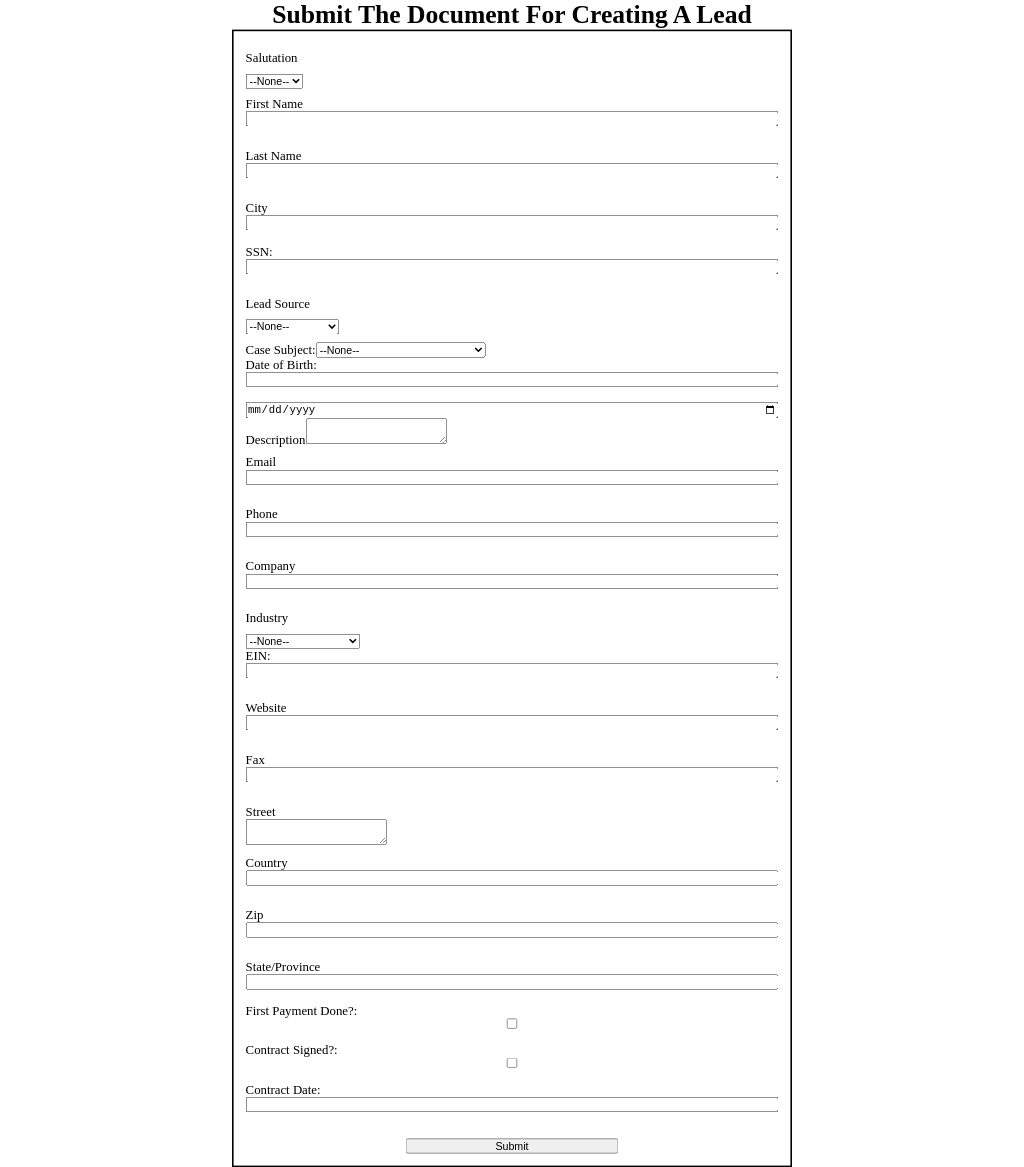
Repository: yaseminvural99/changeForce
Page: index.html
The author's editor kept a copy of each file at every save. The page is drawn from the files as they stood at one save, then again after a run of saves.
The browser window is 1280 px wide. The pictures show the whole page, at 80% of full size.

Above is the page before, as saved 2024-04-26 22:00:46.

### index.html
<!DOCTYPE html>
<html lang="en">
<head>
    <meta charset="UTF-8">
    <meta name="'viewport" content="width=device-width, initial-scale=1.0">
    <title>Document</title>
    <link rel="stylesheet" href="style.css">
    <script>

    </script>
</head>
<body>
    <h1>Submit The Document For Creating A Lead</h1>

<META HTTP-EQUIV="Content-type" CONTENT="text/html; charset=UTF-8">


    <form action="https://test.salesforce.com/servlet/servlet.WebToLead?encoding=UTF-8&orgId=00DU8000000LYuv" method="POST">

    <input type=hidden name="oid" value="00DU8000000LYuv">
    <input type=hidden name="retURL" value="http://">


    <label for="salutation">Salutation</label><select  id="salutation" name="salutation"><option value="">--None--</option><option value="Mr.">Mr.</option>
    <option value="Ms.">Ms.</option>
    <option value="Mrs.">Mrs.</option>
    <option value="Dr.">Dr.</option>
    <option value="Prof.">Prof.</option>
    <option value="Mx.">Mx.</option>
    </select><br>

    <label for="first_name">First Name</label><input  id="first_name"  name="first_name" size="20" type="text" /><br>

    <label for="last_name">Last Name</label><input  id="last_name"  name="last_name" size="20" type="text" /><br>

    <label for="city">City</label><input  id="city" name="city" size="20" type="text" /><br>

    SSN:<input  id="00NU8000000K5Zp"  name="00NU8000000K5Zp" size="20" type="text" /><br>

    <label for="lead_source">Lead Source</label><select  id="lead_source" name="lead_source"><option value="">--None--</option><option value="Web">Web</option>
    <option value="Phone Inquiry">Phone Inquiry</option>
    <option value="Partner Referral">Partner Referral</option>
    <option value="Purchased List">Purchased List</option>
    <option value="Other">Other</option>
    </select><br>

    Case Subject:<select  id="00NU8000000K5Wb" name="00NU8000000K5Wb" title="Case Subject"><option value="">--None--</option><option value="Affirmative Asylum">Affirmative Asylum</option>
    <option value="AOS Through Asylum">AOS Through Asylum</option>
    <option value="AOS Through Lottery">AOS Through Lottery</option>
    <option value="AOS Through Marriage">AOS Through Marriage</option>
    <option value="Change of Status (B2-F1/J1-F1)">Change of Status (B2-F1/J1-F1)</option>
    <option value="Company Formation">Company Formation</option>
    <option value="Consular Processing (Marriage)">Consular Processing (Marriage)</option>
    <option value="Defensive Asylum (!Non-NTA)">Defensive Asylum (!Non-NTA)</option>
    <option value="Defensive Asylum (Non-NTA)">Defensive Asylum (Non-NTA)</option>
    <option value="Defensive Asylum (NTA)">Defensive Asylum (NTA)</option>
    <option value="E-2 (Change of status)">E-2 (Change of status)</option>
    <option value="E-2 visa">E-2 visa</option>
    <option value="General Immigration">General Immigration</option>
    <option value="I-130 (Marriage)">I-130 (Marriage)</option>
    <option value="I-601A Waiver">I-601A Waiver</option>
    <option value="I-730 (Asylee Relative Petition)">I-730 (Asylee Relative Petition)</option>
    <option value="I-751 (Removing Conditions)">I-751 (Removing Conditions)</option>
    <option value="I-765">I-765</option>
    <option value="J-1 2 Year Rule Waiver">J-1 2 Year Rule Waiver</option>
    <option value="K-1 visa">K-1 visa</option>
    <option value="Mandamus">Mandamus</option>
    <option value="Naturalization">Naturalization</option>
    <option value="Personal Injury">Personal Injury</option>
    <option value="Uncontested Divorce">Uncontested Divorce</option>
    <option value="U visa">U visa</option>
    <option value="VAWA">VAWA</option>
    </select><br>

    Date of Birth:<span class="dateInput dateOnlyInput"><input  id="00NU8000000K5bR" name="00NU8000000K5bR" size="12" type="text" /></span><br>
    <input type="date"
    <label for="description">Description</label><textarea name="description"></textarea><br>

    <label for="email">Email</label><input  id="email"  name="email" size="20" type="text" /><br>

    <label for="phone">Phone</label><input  id="phone" name="phone" size="20" type="text" /><br>

    <label for="company">Company</label><input  id="company" name="company" size="20" type="text" /><br>

    <label for="industry">Industry</label><select  id="industry" name="industry"><option value="">--None--</option><option value="Agriculture">Agriculture</option>
    <option value="Apparel">Apparel</option>
    <option value="Banking">Banking</option>
    <option value="Biotechnology">Biotechnology</option>
    <option value="Chemicals">Chemicals</option>
    <option value="Communications">Communications</option>
    <option value="Construction">Construction</option>
    <option value="Consulting">Consulting</option>
    <option value="Education">Education</option>
    <option value="Electronics">Electronics</option>
    <option value="Energy">Energy</option>
    <option value="Engineering">Engineering</option>
    <option value="Entertainment">Entertainment</option>
    <option value="Environmental">Environmental</option>
    <option value="Finance">Finance</option>
    <option value="Food &amp; Beverage">Food &amp; Beverage</option>
    <option value="Government">Government</option>
    <option value="Healthcare">Healthcare</option>
    <option value="Hospitality">Hospitality</option>
    <option value="Insurance">Insurance</option>
    <option value="Machinery">Machinery</option>
    <option value="Manufacturing">Manufacturing</option>
    <option value="Media">Media</option>
    <option value="Not For Profit">Not For Profit</option>
    <option value="Recreation">Recreation</option>
    <option value="Retail">Retail</option>
    <option value="Shipping">Shipping</option>
    <option value="Technology">Technology</option>
    <option value="Telecommunications">Telecommunications</option>
    <option value="Transportation">Transportation</option>
    <option value="Utilities">Utilities</option>
    <option value="Other">Other</option>
    </select><br>

    EIN:<input  id="00NU8000000K5YD"  name="00NU8000000K5YD" size="20" type="text" /><br>

    <label for="url">Website</label><input  id="url" name="url" size="20" type="text" /><br>

    <label for="fax">Fax</label><input  id="fax" name="fax" size="20" type="text" /><br>

    <label for="street">Street</label><textarea name="street"></textarea><br>

    <label for="country">Country</label><input  id="country"  name="country" size="20" type="text" /><br>

    <label for="zip">Zip</label><input  id="zip"name="zip" size="20" type="text" /><br>

    <label for="state">State/Province</label><input  id="state"  name="state" size="20" type="text" /><br>

    First Payment Done?:<input  id="00NU8000000K5d3" name="00NU8000000K5d3" type="checkbox" value="1" /><br>

    Contract Signed?:<input  id="00NU8000000K5gH" name="00NU8000000K5gH" type="checkbox" value="1" /><br>

    Contract Date:<span class="dateInput dateOnlyInput"><input  id="00NU8000000K5ef" name="00NU8000000K5ef" size="12" type="text" /></span><br>

    <input type="submit" name="submit">

    </form>
</body>
</html>

### style.css
*{
    margin: 0;
    padding: 0;
    box-sizing: border-box;
}
h1{
    text-align: center;
}
label, input{
    display: block;

}
label{
    margin-top: 10px;
}
input{
    width: 100%;
}
form{
    min-width: 500px;
    max-width: 700px;
    margin: 0 auto;
    border: 2px solid black;
    padding: 15px;
}
select{
    margin-top: 10px;

}
option{
    margin-top: 10px;


}
input[type="submit"]{
    margin: 15px auto 0 auto;
    width: 40%;


}

After the next 2 saves:
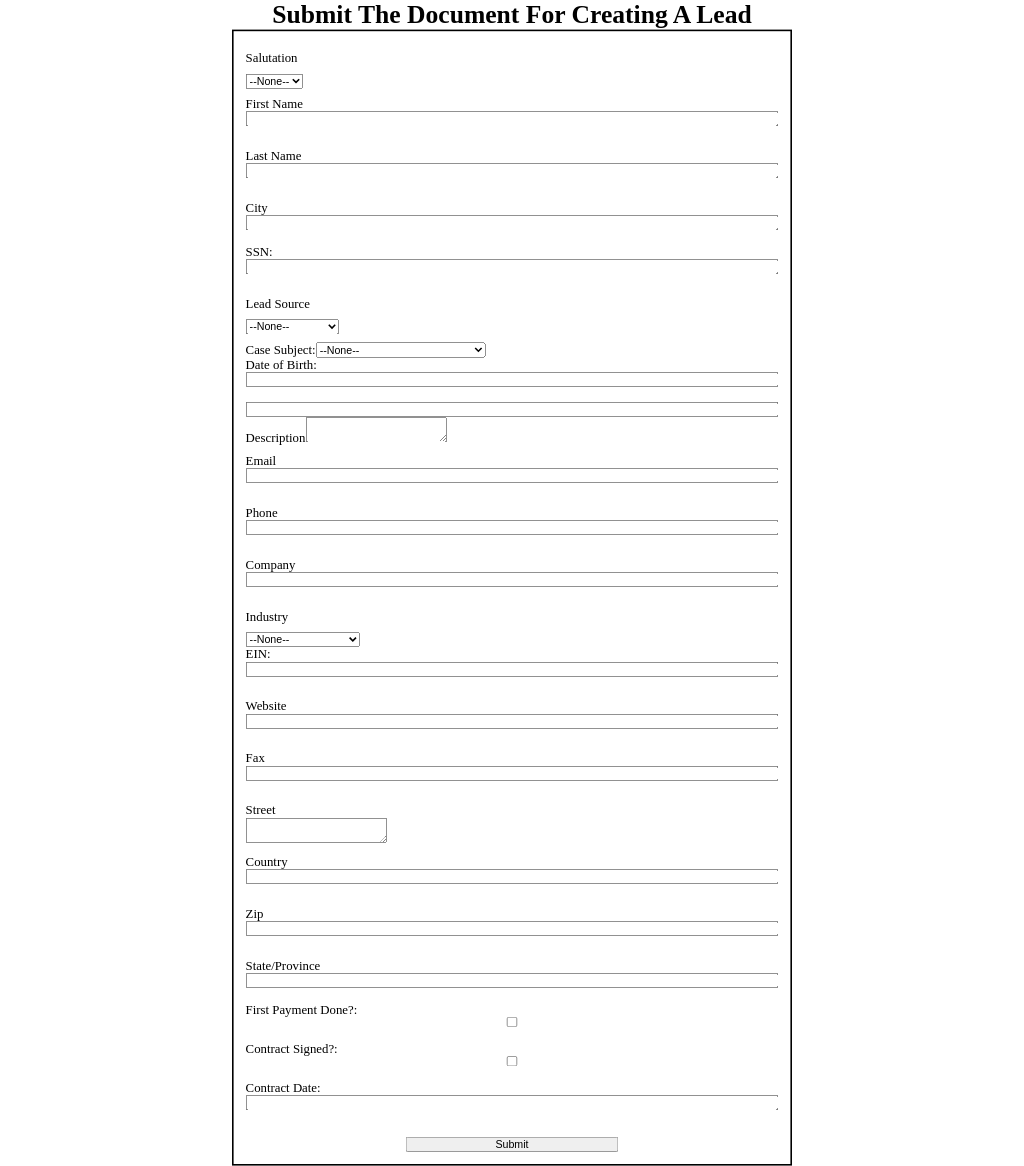
The 2 saves are shown as one change because they came seconds apart.
The last was saved 16 s later.
--- a/index.html
+++ b/index.html
@@ -73,7 +73,7 @@
     </select><br>
 
     Date of Birth:<span class="dateInput dateOnlyInput"><input  id="00NU8000000K5bR" name="00NU8000000K5bR" size="12" type="text" /></span><br>
-    <input type="date"
+    <input type="date id="
     <label for="description">Description</label><textarea name="description"></textarea><br>
 
     <label for="email">Email</label><input  id="email"  name="email" size="20" type="text" /><br>
